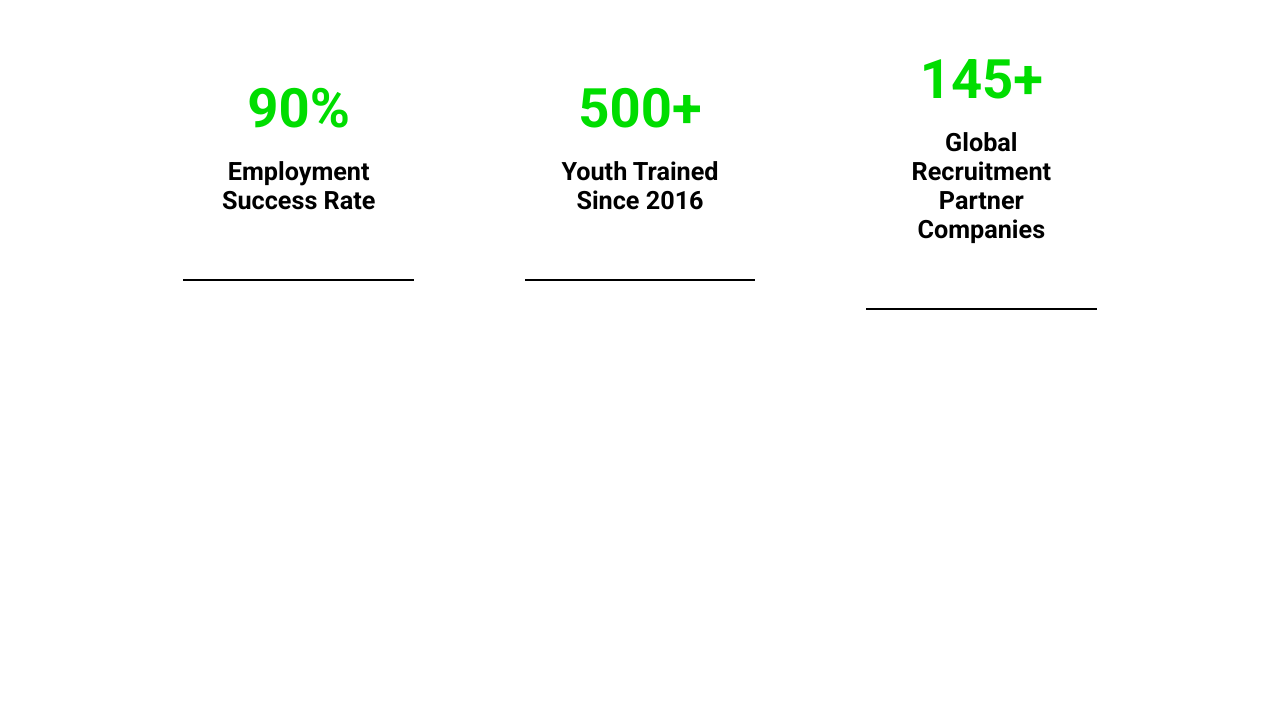
Repository: JeanPaulBassil/SE-Factory-Home-Page-Replica
Page: /
An editor plug-in stored every save of this project. The page is shown before and after the next save, followed by the edit.
The browser window is 1280 px wide. The pictures show the part of the page from y = 756 to 1476 px (the page is 1476 px tall).
The project was rebuilt for these pictures with package versions that can differ from the ones it lists, and the page was loaded fresh each time. Also part of the build but not shown: src/Components/Hero/Hero.css.

Above is the page before, as saved 2023-02-25 14:25:44.

### public/index.html
<!DOCTYPE html>
<html lang="en">
  <head>
    <meta charset="utf-8" />
    <link rel="icon" href="%PUBLIC_URL%/favicon.ico" />
    <meta name="viewport" content="width=device-width, initial-scale=1" />
    <meta name="theme-color" content="#000000" />
    <meta
      name="description"
      content="Web site created using create-react-app"
    />
    <link rel="preconnect" href="https://fonts.googleapis.com" />
    <link rel="preconnect" href="https://fonts.gstatic.com" crossorigin />
    <link
      href="https://fonts.googleapis.com/css2?family=Roboto:wght@400;500;700&display=swap"
      rel="stylesheet"
    />
    <link rel="apple-touch-icon" href="%PUBLIC_URL%/logo192.png" />
    <link rel="manifest" href="%PUBLIC_URL%/manifest.json" />
    <title>React App</title>
  </head>
  <body>
    <noscript>You need to enable JavaScript to run this app.</noscript>
    <div id="root"></div>
  </body>
</html>

### src/index.js
import './index.css'
import React from 'react';
import ReactDOM from 'react-dom/client';
import App from './App';

const root = ReactDOM.createRoot(document.getElementById('root'));
root.render(
  <App/>
);

### src/index.css
* {
    margin: 0;
    padding: 0;
    box-sizing: border-box;
}

body {
    color: white;
    font-family: 'Roboto', sans-serif;
}

### src/App.js
import Header from "./Components/Header/Header"
import Hero from "./Components/Hero/Hero"

export default function App(params) {
    return (
        <div className="app">
            <Header />
            <Hero />
        </div>
    )
};

### src/Components/Header/Header.js
import './Header.css';
import Navbar from '../Navbar/Navbar'
import HeaderContent from '../HeaderContent/HeaderContent'

export default function Header(params) {
    return (
        <header className="header">
            <Navbar />
            <HeaderContent/>
        </header>
    )
};

### src/Components/Hero/Hero.js
import Stats from "../Stats/Stats"
import './Hero.css'

export default function Hero(params) {
    return(
        <div className="hero">
            <Stats/>
        </div>
    )
};

### src/Components/Header/Header.css
.header {
    background-color: rgba(0, 0, 0, .5);
    background-image: url("https://images.squarespace-cdn.com/content/v1/5e4442200ffeee35974d1060/1586049970296-14DH7UEP2UWJREIELJ3K/IMG_9780.JPG?format=2500w");
    width: auto;
    height: 105vh;
    background-size: cover;
    background-blend-mode: multiply;
    background-repeat: no-repeat;
    background-position-y: -100px;
}

### src/Components/Navbar/Navbar.js
import './Navbar.css'
import Links from '../Links/Links'

export default function Navbar(params) {
    return (
        <div className="navbar">
            <img src="https://images.squarespace-cdn.com/content/v1/5e4442200ffeee35974d1060/f4e4a30d-4b0d-4e5f-a2e8-4e2da9234088/SE-Grey-Icon-RGB-01+copy.png?format=1500w" alt="SE Factory"/>
            <Links/>
        </div>
    )
};

### src/Components/HeaderContent/HeaderContent.js
import './HeaderContent.css'

export default function HeaderContent(params) {
    return (
        <div className="header-content">
            <h1>
            <strong>Empowering youth</strong>
            <br/>
            with tech jobs
            </h1>
            <p>SE Factory's top-ranked training programs graduate <br/>tech professionals working for companies all over<br/>the world.</p>
            <button>Learn More</button>
        </div>
    )
};

### src/Components/Stats/Stats.js
import Stat from '../stat/stat'
import './Stats.css'

export default function Stats(params) {
    const data = [{
        number: '90%',
        text: 'Employment Success Rate'
    },
    {
        number: '500+',
        text: 'Youth Trained Since 2016'
    },
    {
        number: '145+',
        text: 'Global Recruitment Partner Companies'
    }]
    const stats = data.map(part => {
        return (
            <Stat number={part.number} text={part.text}/>
        )
    })
    return(
        <div className="stats">
            <div className='stats-grid1'>
                {stats}
            </div>
            <div className='stats-grid2'>

            </div>
        </div>
    )
};

### src/Components/Navbar/Navbar.css
.navbar {
    margin: auto;
    height: 130px;
    width: 90%;
    padding: 10px;
    display: flex;
    justify-content: space-between;
    align-items: center;
}

.navbar > img {
    height: 80px;
    width: 80px;
}

### src/Components/Links/Links.js

import React from "react";
import './Links.css'

export default function Links({type}) {
  const mainNames = ["Home", "Get Trained", "Hire Talent", "FAQs", "Blog", "About Us", "Contact", "Apply Now"];
  const applyNames = ["Full Stack Web Development", "Foundations of Computer Science"];

  if (type === 'Apply') {
    const applyLinks = applyNames.map(name => {
        return(
                <a href="./">{name}</a>
        )
    })
    return (
        <ul className="dropdown-content">
          {applyLinks}
        </ul>
    )
  } else {
    const mainLinks = mainNames.map(name => {
      if (name === 'Apply Now'){
        return(
          <li key={name} className="dropdown">
              <button class="dropbtn">Apply Now</button>
              <Links type="Apply"/>

          </li>
        )
      } else {
        return (
          <li key={name}>
            <a href={`#${name}`}>
              {name}
            </a>
          </li>
        )
      }
    });

    return (
      <nav >
        <ul className="nav">
          {mainLinks}
        </ul>
      </nav>
    )
  }
};

### src/Components/HeaderContent/HeaderContent.css
.header-content > h1 {
    font-size: calc(3.5 * 1rem);
    line-height: calc(1.3 * (1 + (1 - 3.5)/25))
}

.header-content{
    position: absolute;
    bottom: 0;
    display: flex;
    flex-direction: column;
    justify-content: space-between;
    margin-left: 70px;
    height: 50vh;
}

.header-content > p{
    margin: 1rem 0;
    font-size: calc((1.6 - 1) * 1.2vw + 1rem)
}

.header-content > button {
    width: 133px;
    height: 50px;
    background-color: #0d0;
    color: white;
    border: none;
    border-radius: 10px;
    font-weight: 800;
    font-size: 16px;
}

### src/Components/stat/stat.js
import "./stat.css"

export default function stat({number, text}) {
    return(
        <div className="stat">
            <h1>{number}</h1>
            <p><strong>{text}</strong></p>
        </div>
    )
};

### src/Components/Stats/Stats.css
.stats {
    background-color: white;
    height: 100vh;
    display: grid;
    grid-template-rows: 1fr 2fr;
    color: black;
    width: 80vw;
    margin: auto;
}

.stats-grid1 {
    display: flex;
    justify-content: space-between;
    align-items: center;
}

### src/Components/Links/Links.css
.nav{
    display: flex;
    flex-direction: row;
    list-style-type: none;
    align-items: center;
    justify-content: center;
    font-weight: 600;
}
.nav > li:nth-of-type(1){
    border-bottom: 1px solid white;
    padding-bottom: 10px;
    align-self: flex-end;
}

li {
    margin-right: 30px;
}

a {
    text-decoration: none;
    color: white;
}


.dropdown {
    position: relative;
    display: inline-block;
  }

.dropbtn {
background-color: #0d0;
padding: 10px;
font-size: 16px;
border: none;
cursor: pointer;
color: white;
border-radius: 5px
}

.dropdown-content {
display: none;
position: absolute;
z-index: 1;
background-color: #fff;
min-width: 160px;
width: 300px;
box-shadow: 0px 8px 16px 0px rgba(0,0,0,0.2);
left: auto;
right: 0;
}

.dropdown-content a {
color: #333;
padding: 12px 16px;
text-decoration: none;
display: block;
}


.dropdown-content a:hover {
background-color: #f1f1f1;
}

.dropdown:hover > .dropdown-content {
display: block;
}

.dropbtn:focus {
outline: none;
}

### src/Components/stat/stat.css
.stat{
    margin: 3rem auto;
    display: flex;
    flex-direction: column;
    align-items: center;
    justify-content: space-between;
    width: 18vw;
    text-align: center;
    border-bottom: 2px solid black;
    padding-bottom: 3rem;
}

.stat > h1 {
    color: #0d0;
    font-size: calc((3.5 - 1) * 1.2vw + 1rem);
    line-height: calc(1.3 * (1 + (1 - 3.5)/25));
}

.stat > p {
    color: black;
    margin: 1rem;
    /* margin-bottom: 3rem; */
    font-size: calc((1.6 - 1) * 1.2vw + 1rem);
}

Loaded but not shown: src/Components/Hero/Hero.css (no copy from this time; the picture is the same without it)

After the next save:
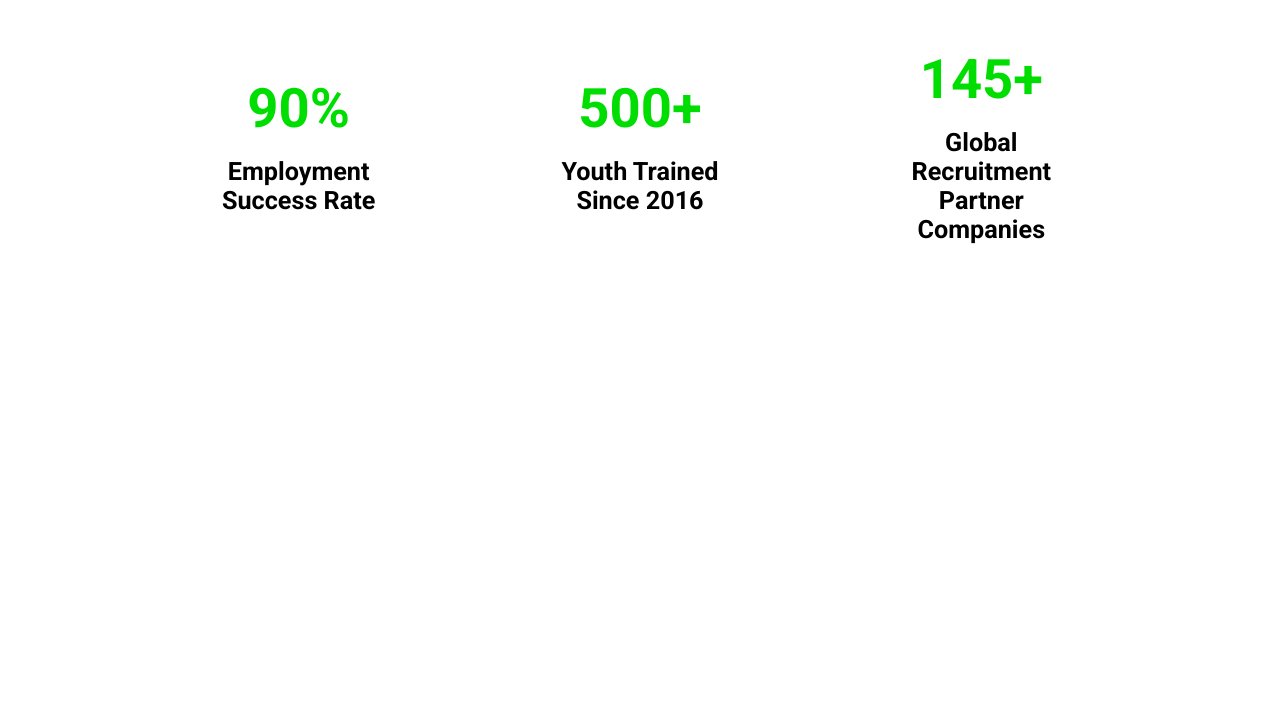
Saved 23 s later.
--- a/src/Components/stat/stat.css
+++ b/src/Components/stat/stat.css
@@ -6,7 +6,7 @@
     justify-content: space-between;
     width: 18vw;
     text-align: center;
-    border-bottom: 2px solid black;
+    /* border-bottom: 2px solid black; */
     padding-bottom: 3rem;
 }
 
